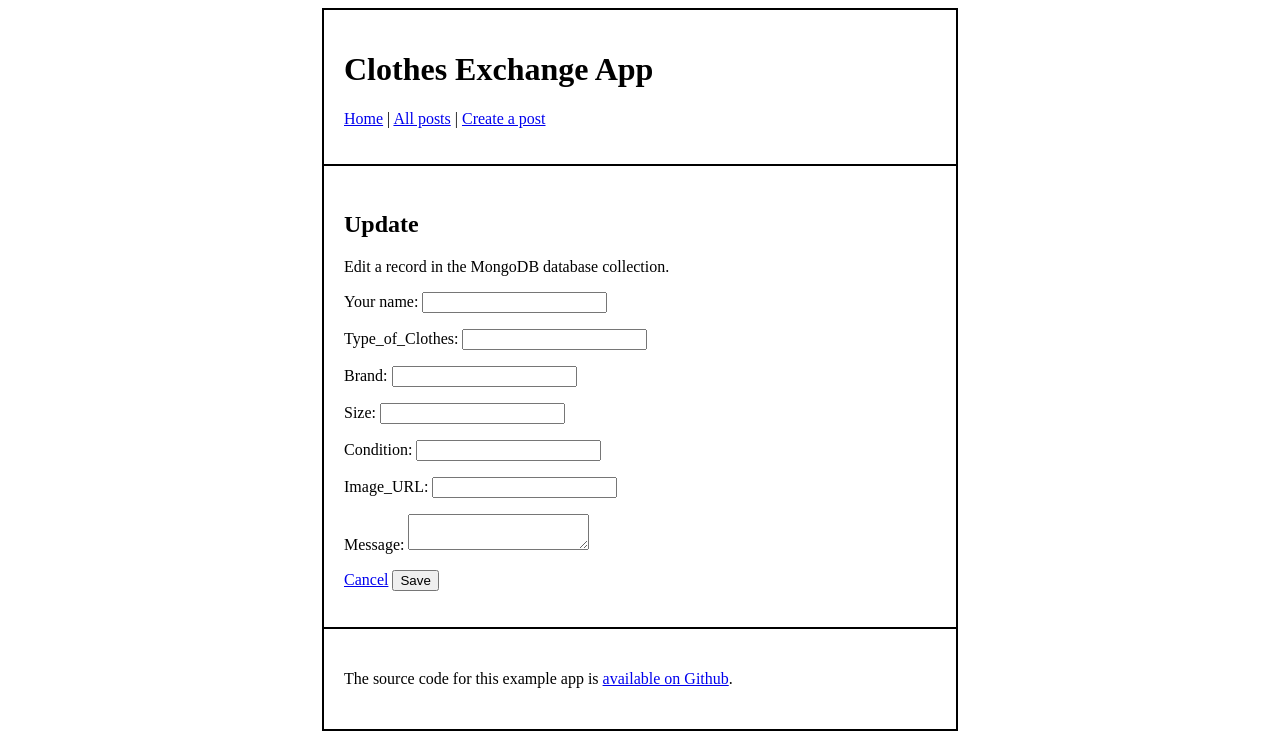
Repository: dbdesign-students-spring2024/7-web-app-dianachen1013
Page: templates/edit.html
These files come from the project's save history. The page is drawn as it stood at one moment and after the next save; the edit follows.
The browser window is 1280 px wide. The pictures show the whole page.
The page is served by the project's application, run on Flask 3 (app.py). The template is opened directly, without the code that normally fills it, so the values that code supplies are empty.

Above is the page before, as saved 2024-04-15 16:31:14.

### templates/edit.html
{% extends 'base.html' %} {% block container %}
<h2>Update</h2>
<p>Edit a record in the MongoDB database collection.</p>
<form method="POST" action="{{ url_for('edit_post', mongoid=mongoid) }}">
  <p>
    Your name:
    <input type="text" id="fname" name="fname" value="{{doc.name}}" /><br />
  </p>
  <p>Type_of_Clothes: <input type="text" id="type" name="type" required /></p>
  <p>Brand: <input type="text" id="brand" name="brand" required /></p>
  <p>Size: <input type="text" id="size" name="size" required /></p>
  <p>Condition: <input type="text" id="condition" name="condition" required /></p>
  <p>Image_URL: <input type="text" id="image_url" name="image_url" required /></p>
  <p>
    Message:
    <textarea type="text" id="fmessage" name="fmessage"></textarea>
  </p>


  <p>
    <a href="{{ url_for('read')}}">Cancel</a>
    <input type="submit" name="post-btn" value="Save" />
  </p>
</form>
{% endblock %}

### templates/base.html
<!DOCTYPE html>
<html>
  <head>
    <title>Clothes Exchange App</title>
    <link
      rel="stylesheet"
      href="{{ url_for('static', filename='css/style.css') }}"
    />
  </head>
  <body>
    <div class="container">
      <header>
        <h1>Clothes Exchange App</h1>
        <p>
          <a href="{{ url_for('home')}}">Home</a> |
          <a href="{{ url_for('read')}}">All posts</a> |
          <a href="{{ url_for('create')}}">Create a post</a>
        </p>
      </header>
      <main>{% block container %} {% endblock %}</main>
      <footer>
        <p>
          The source code for this example app is
          <a href="https://github.com/nyu-database-design/flask-mongodb-web-app"
            >available on Github</a
          >.
        </p>
      </footer>
    </div>
  </body>
</html>

### app.py
#!/usr/bin/env python3

import os
import sys
import subprocess
import datetime

from flask import Flask, render_template, request, redirect, url_for, make_response

# import logging
import sentry_sdk
from sentry_sdk.integrations.flask import (
    FlaskIntegration,
)  # delete this if not using sentry.io

# from markupsafe import escape
import pymongo
from pymongo.errors import ConnectionFailure
from bson.objectid import ObjectId
from dotenv import load_dotenv

# load credentials and configuration options from .env file
# if you do not yet have a file named .env, make one based on the template in env.example
load_dotenv(override=True)  # take environment variables from .env.

# initialize Sentry for help debugging... this requires an account on sentrio.io
# you will need to set the SENTRY_DSN environment variable to the value provided by Sentry
# delete this if not using sentry.io
sentry_sdk.init(
    dsn=os.getenv("SENTRY_DSN"),
    # enable_tracing=True,
    # Set traces_sample_rate to 1.0 to capture 100% of transactions for performance monitoring.
    traces_sample_rate=1.0,
    # Set profiles_sample_rate to 1.0 to profile 100% of sampled transactions.
    # We recommend adjusting this value in production.

    integrations=[FlaskIntegration()],
    send_default_pii=True,
)

# instantiate the app using sentry for debugging
app = Flask(__name__)
# # turn on debugging if in development mode
# app.debug = True if os.getenv("FLASK_ENV", "development") == "development" else False


# try to connect to the database, and quit if it doesn't work
try:
    cxn = pymongo.MongoClient(os.getenv("MONGO_URI"))
    db = cxn[os.getenv("MONGO_DBNAME")]  # store a reference to the selected database

    # verify the connection works by pinging the database
    cxn.admin.command("ping")  # The ping command is cheap and does not require auth.
    print(" * Connected to MongoDB!")  # if we get here, the connection worked!
except ConnectionFailure as e:
    # catch any database errors
    # the ping command failed, so the connection is not available.
    print(" * MongoDB connection error:", e)  # debug
    sentry_sdk.capture_exception(e)  # send the error to sentry.io. delete if not using
    sys.exit(1)  # this is a catastrophic error, so no reason to continue to live


# set up the routes
@app.route("/")
def home():
    """
    Route for the home page.
    Simply returns to the browser the content of the index.html file located in the templates folder.
    """
    return render_template("index.html")


@app.route("/read")
def read():
    """
    Route for GET requests to the read page.
    Displays some information for the user with links to other pages.
    """
    docs = db.exampleapp.find({}).sort(
        "created_at", -1
    )  # sort in descending order of created_at timestamp
    return render_template("read.html", docs=docs)  # render the read template


@app.route("/create")
def create():
    """
    Route for GET requests to the create page.
    Displays a form users can fill out to create a new document.
    """
    return render_template("create.html")  # render the create template


@app.route("/create", methods=["POST"])
def create_post():
    """
    Route for POST requests to the create page.
    Accepts the form submission data for a new document and saves the document to the database.
    """
    name = request.form["fname"]
    message = request.form["fmessage"]

    # create a new document with the data the user entered
    doc = {"name": name, "message": message, "created_at": datetime.datetime.utcnow()}
    db.exampleapp.insert_one(doc)  # insert a new document

    return redirect(
        url_for("read")
    )  # tell the browser to make a request for the /read route


@app.route("/edit/<mongoid>")
def edit(mongoid):
    """
    Route for GET requests to the edit page.
    Displays a form users can fill out to edit an existing record.

    Parameters:
    mongoid (str): The MongoDB ObjectId of the record to be edited.
    """
    doc = db.exampleapp.find_one({"_id": ObjectId(mongoid)})
    return render_template(
        "edit.html", mongoid=mongoid, doc=doc
    )  # render the edit template


@app.route("/edit/<mongoid>", methods=["POST"])
def edit_post(mongoid):
    """
    Route for POST requests to the edit page.
    Accepts the form submission data for the specified document and updates the document in the database.

    Parameters:
    mongoid (str): The MongoDB ObjectId of the record to be edited.
    """
    name = request.form["fname"]
    message = request.form["fmessage"]

    doc = {
        # "_id": ObjectId(mongoid),
        "name": name,
        "message": message,
        "created_at": datetime.datetime.utcnow(),
    }

    db.exampleapp.update_one(
        {"_id": ObjectId(mongoid)}, {"$set": doc}  # match criteria
    )

    return redirect(
        url_for("read")
    )  # tell the browser to make a request for the /read route


@app.route("/delete/<mongoid>")
def delete(mongoid):
    """
    Route for GET requests to the delete page.
    Deletes the specified record from the database, and then redirects the browser to the read page.

    Parameters:
    mongoid (str): The MongoDB ObjectId of the record to be deleted.
    """
    db.exampleapp.delete_one({"_id": ObjectId(mongoid)})
    return redirect(
        url_for("read")
    )  # tell the web browser to make a request for the /read route.


@app.route("/webhook", methods=["POST"])
def webhook():
    """
    GitHub can be configured such that each time a push is made to a repository, GitHub will make a request to a particular web URL... this is called a webhook.
    This function is set up such that if the /webhook route is requested, Python will execute a git pull command from the command line to update this app's codebase.
    You will need to configure your own repository to have a webhook that requests this route in GitHub's settings.
    Note that this webhook does do any verification that the request is coming from GitHub... this should be added in a production environment.
    """
    # run a git pull command
    process = subprocess.Popen(["git", "pull"], stdout=subprocess.PIPE)
    pull_output = process.communicate()[0]
    # pull_output = str(pull_output).strip() # remove whitespace
    process = subprocess.Popen(["chmod", "a+x", "flask.cgi"], stdout=subprocess.PIPE)
    chmod_output = process.communicate()[0]
    # send a success response
    response = make_response(f"output: {pull_output}", 200)
    response.mimetype = "text/plain"
    return response


@app.errorhandler(Exception)
def handle_error(e):
    """
    Output any errors - good for debugging.
    """
    return render_template("error.html", error=e)  # render the edit template


# run the app
if __name__ == "__main__":
    # logging.basicConfig(filename="./flask_error.log", level=logging.DEBUG)
    app.run(load_dotenv=True)

### static/css/style.css
.container {
  border: 2px solid;
  width: 50%;
  margin: 0 auto;
}

header,
footer,
main {
  padding: 20px;
}

header,
main {
  border-bottom: 2px solid;
  margin-bottom: 5px;
}

p.post {
  font-size: 12px;
}

footer {
  margin-bottom: 5px;
}

After the next save:
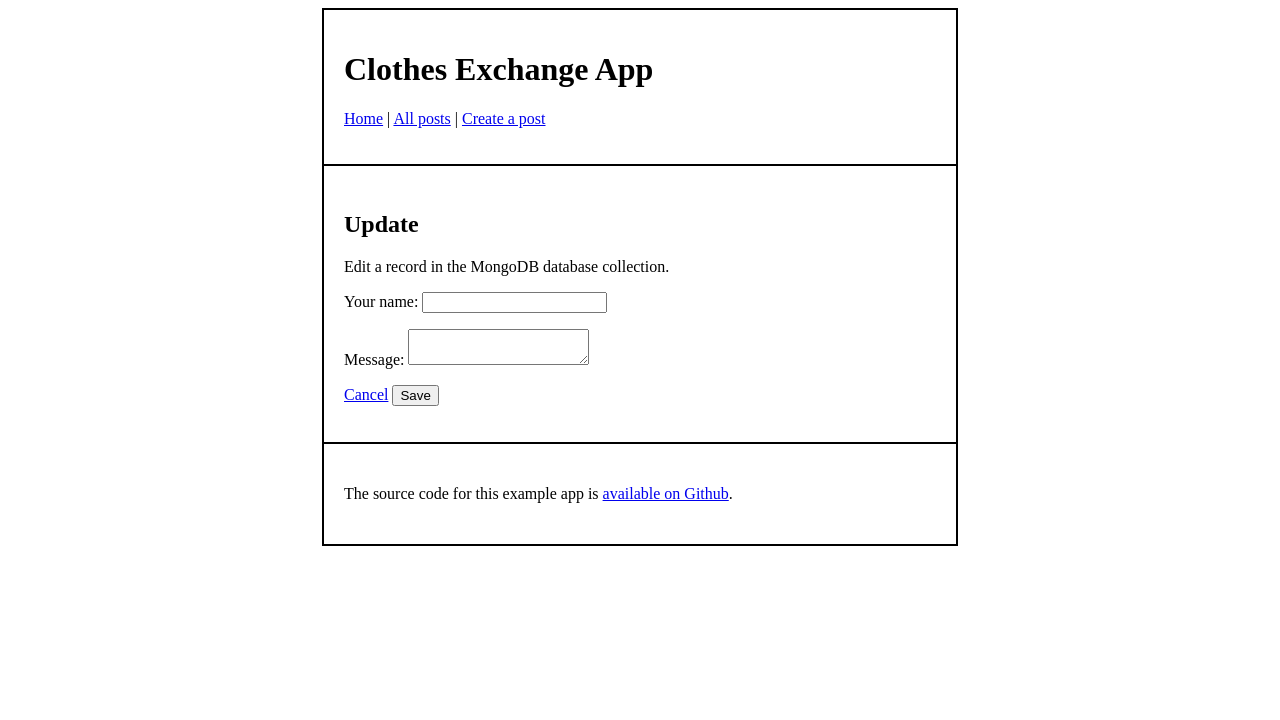
Saved 14 s later.
--- a/templates/edit.html
+++ b/templates/edit.html
@@ -6,11 +6,6 @@
     Your name:
     <input type="text" id="fname" name="fname" value="{{doc.name}}" /><br />
   </p>
-  <p>Type_of_Clothes: <input type="text" id="type" name="type" required /></p>
-  <p>Brand: <input type="text" id="brand" name="brand" required /></p>
-  <p>Size: <input type="text" id="size" name="size" required /></p>
-  <p>Condition: <input type="text" id="condition" name="condition" required /></p>
-  <p>Image_URL: <input type="text" id="image_url" name="image_url" required /></p>
   <p>
     Message:
     <textarea type="text" id="fmessage" name="fmessage"></textarea>
